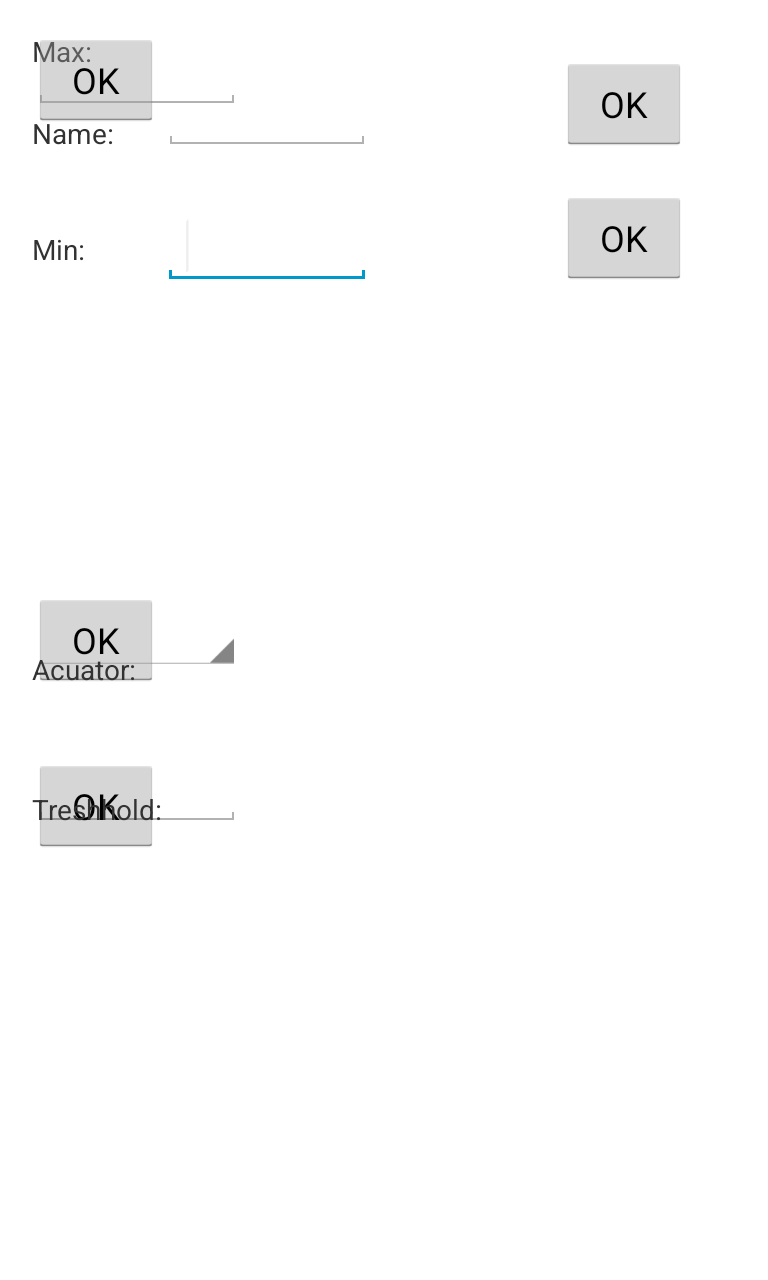
Repository: CTIS-SP-Team5/greenAgent
Layout: Android/GreenAgent/GreenAgent/res/layout/activity_view_setting.xml
An editor plug-in stored every save of this project. The layout is shown before and after the next save, followed by the edit.
It is drawn on a 768 x 1280 px phone screen (xhdpi) without system bars, with theme AppTheme; the app's code is not run.

Above is the layout before, as saved 2014-05-05 18:13:56.

After the next save:
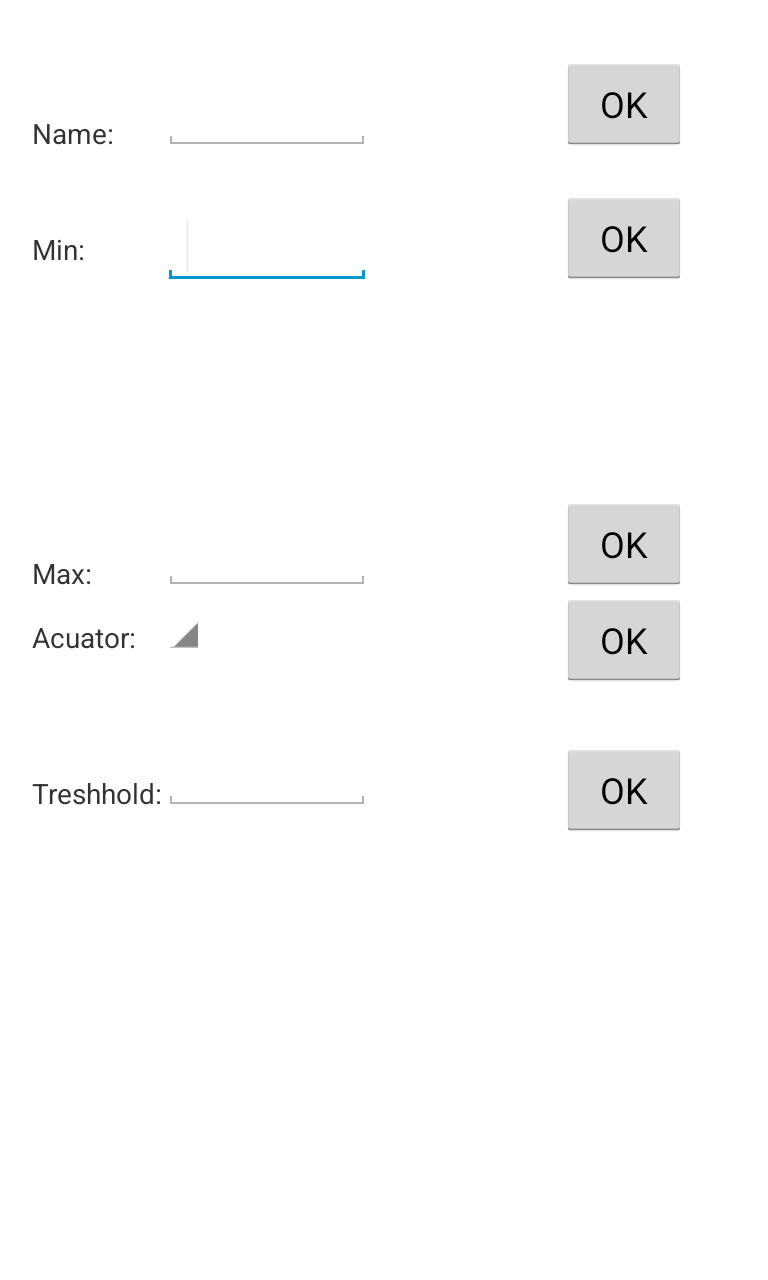
Saved 29 s later.
--- a/Android/GreenAgent/GreenAgent/res/layout/activity_view_setting.xml
+++ b/Android/GreenAgent/GreenAgent/res/layout/activity_view_setting.xml
@@ -45,14 +45,6 @@
         <requestFocus />
     </EditText>
 
-    <Spinner
-        android:id="@+id/spinner1"
-        android:layout_width="wrap_content"
-        android:layout_height="wrap_content"
-        android:layout_alignLeft="@+id/editText5"
-        android:layout_alignRight="@+id/editText5"
-        android:layout_centerVertical="true" />
-
     <Button
         android:id="@+id/button2"
         android:layout_width="wrap_content"
@@ -96,14 +88,6 @@
         android:ems="5" />
 
     <TextView
-        android:id="@+id/textView4"
-        android:layout_width="wrap_content"
-        android:layout_height="wrap_content"
-        android:layout_alignBottom="@+id/button4"
-        android:layout_alignLeft="@+id/textView3"
-        android:text="Acuator:" />
-
-    <TextView
         android:id="@+id/textView5"
         android:layout_width="wrap_content"
         android:layout_height="wrap_content"
@@ -116,21 +100,39 @@
         android:id="@+id/editText3"
         android:layout_width="wrap_content"
         android:layout_height="wrap_content"
+        android:layout_above="@+id/button4"
+        android:layout_alignLeft="@+id/editText2"
+        android:ems="5" />
 
-        android:ems="5" />
+    <TextView
+        android:id="@+id/textView4"
+        android:layout_width="wrap_content"
+        android:layout_height="wrap_content"
+        android:layout_alignBottom="@+id/spinner1"
+        android:layout_alignLeft="@+id/textView1"
+        android:text="Acuator:" />
 
     <TextView
         android:id="@+id/textView3"
         android:layout_width="wrap_content"
         android:layout_height="wrap_content"
-
+        android:layout_above="@+id/button4"
+        android:layout_alignLeft="@+id/textView4"
         android:text="Max:" />
 
     <Button
         android:id="@+id/button3"
         android:layout_width="wrap_content"
         android:layout_height="wrap_content"
-
+        android:layout_alignBottom="@+id/editText3"
+        android:layout_alignLeft="@+id/button2"
         android:text="OK" />
 
+    <Spinner
+        android:id="@+id/spinner1"
+        android:layout_width="wrap_content"
+        android:layout_height="wrap_content"
+        android:layout_alignLeft="@+id/editText3"
+        android:layout_alignTop="@+id/button4" />
+
 </RelativeLayout>
